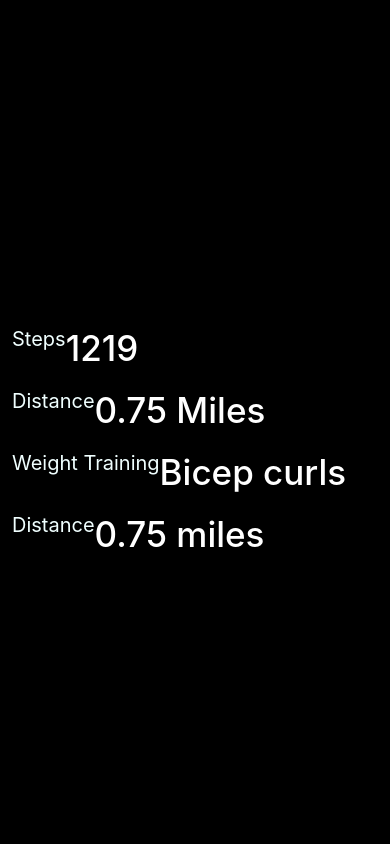
Repository: JamesPesenti/JiMTracker
Screen: /
These files come from the project's save history. The screen is drawn as it stood at one moment and after the next save; the edit follows.
The app was drawn by React Native's web renderer in a window 390 px wide. The project was rebuilt for these pictures with package versions that can differ from the ones it lists, and the page was loaded fresh each time.

Above is the screen before, as saved 2023-06-16 12:10:19.

### App.tsx
import { StatusBar } from 'expo-status-bar';
import { StyleSheet, Text, View } from 'react-native';

type ValueProps = {
  label: string;
  value: string;
}

const Value = ({ label, value }: ValueProps) => {
  return (
    <>
     <View style={styles.valueContainer}>
      <Text style={styles.label}>{label}</Text>
      <Text style={styles.amount}>{value}</Text>
     </View>
    </>
  )
}


export default function App() {
  return (
    <View style={styles.container}>
      <Text>JIMtracker</Text>
        <Value label="Steps" value="1219" />
        <Value label="Distance" value="0.75 Miles" />
          {/* Training */}
           <View style={styles.valueContainer}>
              <Text style={styles.label}>Weight Training</Text>
              <Text style={styles.amount}>Bicep curls</Text>
          </View>

        <View style={{flexDirection: 'row'}}>
          {/* Distance */}
          <View style={styles.valueContainer}>
              <Text style={styles.label}>Distance</Text>
              <Text style={styles.amount}>0.75 miles</Text>
          </View>
        </View>
      <StatusBar style="auto" />
    </View>
  );
}

const styles = StyleSheet.create({
  container: {
    flex: 1,
    backgroundColor: 'black',
    justifyContent: 'center',
    padding: 12,
    marginHorizontal: 0,
    gap: 20
  },
  valueContainer: {
    flexDirection: "row",
    color: "white",
  },
  label: {
    color: "azure",
    fontSize: 20,
  },
  amount: {
    color: "white",
    fontSize: 35,
    fontWeight: "500"
  }
});

After the next save:
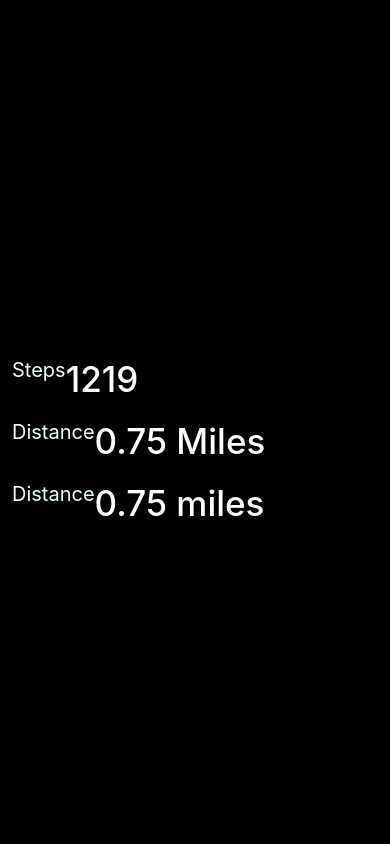
Saved 19 s later.
--- a/App.tsx
+++ b/App.tsx
@@ -25,10 +25,10 @@ export default function App() {
         <Value label="Steps" value="1219" />
         <Value label="Distance" value="0.75 Miles" />
           {/* Training */}
-           <View style={styles.valueContainer}>
+           {/* <View style={styles.valueContainer}>
               <Text style={styles.label}>Weight Training</Text>
               <Text style={styles.amount}>Bicep curls</Text>
-          </View>
+          </View> */}
 
         <View style={{flexDirection: 'row'}}>
           {/* Distance */}
